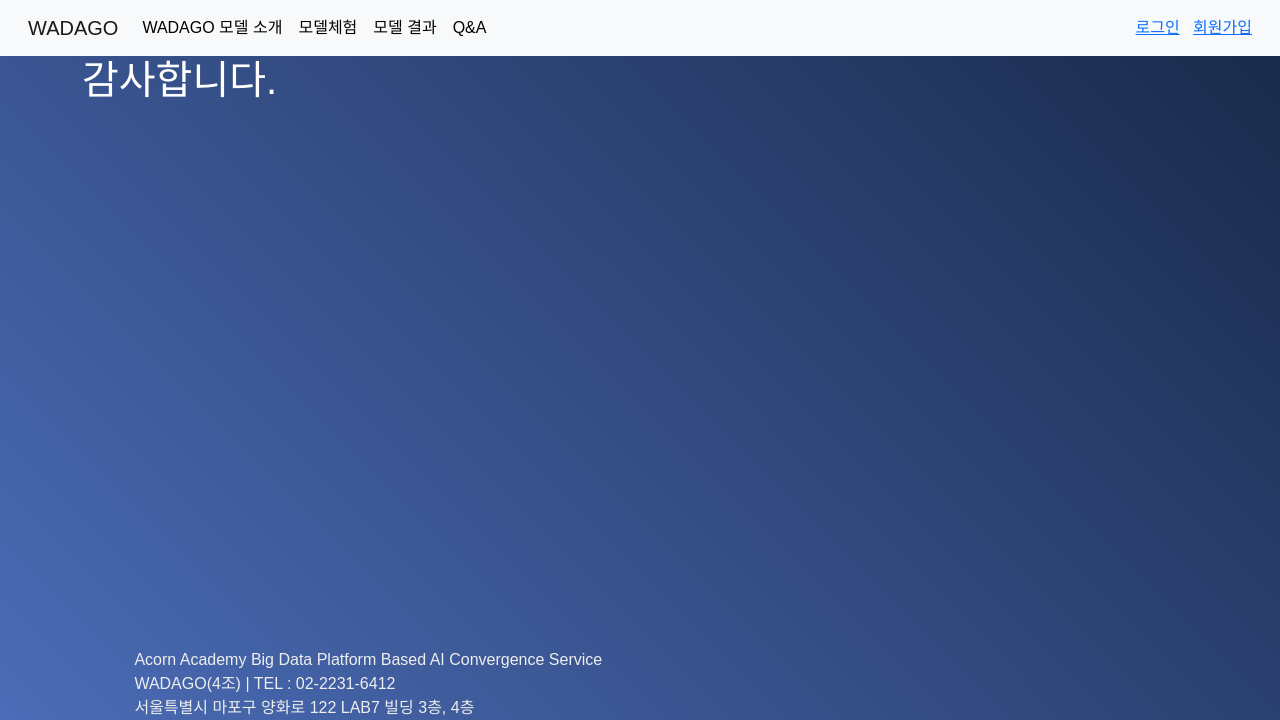
Repository: suchulchoi/Wadago_Project
Page: http://localhost/model/thanks
These files come from the project's save history. The page is drawn as it stood at one moment and after the next save; the edit follows.
The browser window is 1280 px wide. The pictures show the whole page.
Some web fonts or font styles are not loaded; a fallback is used. The page is this project's Thymeleaf template; nobody is signed in. The template is opened directly, without the code that normally fills it, so the values that code supplies are empty.

Above is the page before, as saved 2022-07-28 07:35:55.

### wadago_project/src/main/resources/templates/model/thanks.html
<html lnag="ko">
    <head>
        <meta charset="UTF-8">
        <title></title>

    </head>

    <body>
     <header th:insert="header_nav.html"></header>
	     <div class="container">
	     	<h1>감사합니다.</h1>
	     </div>
     </body>
 </html>

### wadago_project/src/main/resources/templates/header_nav.html
<html lang="ko" xmlns:th="http://www.thymeleaf.org">

	<head>
		<meta charset="UTF-8">
		<script src="https://cdn.jsdelivr.net/npm/bootstrap@5.1.3/dist/js/bootstrap.bundle.min.js"
			integrity="sha384-ka7Sk0Gln4gmtz2MlQnikT1wXgYsOg+OMhuP+IlRH9sENBO0LRn5q+8nbTov4+1p"
			crossorigin="anonymous"></script>
		<link rel="stylesheet" href="https://maxcdn.bootstrapcdn.com/bootstrap/4.0.0/css/bootstrap.min.css" />
		<link href="https://cdn.jsdelivr.net/npm/bootstrap@5.1.3/dist/css/bootstrap.min.css" rel="stylesheet"
			integrity="sha384-1BmE4kWBq78iYhFldvKuhfTAU6auU8tT94WrHftjDbrCEXSU1oBoqyl2QvZ6jIW3" crossorigin="anonymous">
		<link rel="stylesheet" href="/css/signup.css">
		<link rel="preconnect" href="https://fonts.googleapis.com">
		<link rel="preconnect" href="https://fonts.gstatic.com" crossorigin>
		<link href="https://fonts.googleapis.com/css2?family=Black+Han+Sans&family=Nanum+Gothic:wght@400;700;800&family=Nanum+Pen+Script&display=swap" rel="stylesheet">
	</head>
	<style>
	body{
		font-family: 'Black Han Sans', sans-serif;
		background:linear-gradient(45deg,#4b6cb7,#182848);
		color: white;
	}
	table{
		color:white;
	}
	#navItem{
			color:black;
		}
	#navItem:hover{
			text-shadow: 5px 5px 5px rgb(44, 44, 44);
			font-size:large;
		}
	footer{
			position : fixed;
			bottom : 0;
			background-color:transparent;
			width:100%;
			height:10%;
			font-size:medium;
		}
	</style>
	<body>
		<nav class="navbar navbar-expand-lg navbar-light bg-light">
			<div class="container-fluid">
				<a class="navbar-brand" href="/">WADAGO</a>
				<button class="navbar-toggler" type="button" data-bs-toggle="collapse"
				data-bs-target="#navbarSupportedContent" aria-controls="navbarSupportedContent" aria-expanded="false"
				aria-label="Toggle navigation">
				<span class="navbar-toggler-icon"></span>
			</button>
			<div class="collapse navbar-collapse" id="navbarSupportedContent">
				<ul class="navbar-nav me-auto mb-2 mb-lg-0">
					<li class="nav-item">
						<a class="nav-link active" aria-current="page" href="/model/introduce" id="navItem">WADAGO 모델 소개</a>
					</li>
					<li class="nav-item">
						<a class="nav-link" href="/model/try.do" id="navItem">모델체험</a>
					</li>
					<li class="nav-item">
						<a class="nav-link" href="/model/result/1" id="navItem">모델 결과</a>
					</li>
					<li class="nav-item">
						<a class="nav-link" href="/board/list/1" id="navItem">Q&A</a>
					</li>
					<li class="nav-item dropdown" th:if="${session.memVo} and ${session.memVo.grade == 0}" id="navItem">
						<a class="nav-link dropdown-toggle" href="#" role="button" data-bs-toggle="dropdown"
							aria-expanded="false">
							관리자 전용
						</a>
						<ul class="dropdown-menu" aria-labelledby="navbarDropdown">
							<li><a class="dropdown-item" href="/mem/memberManagement/1">멤버 관리</a></li>
							<li><a class="dropdown-item" href="/mem/img/1">입력 사진 관리</a></li>
						</ul>
					</li>
				</ul>
				<footer th:insert="footer.html"></footer>
				<div th:if="${session.memVo}">
					<!--<span th:if="${session.memVo}!=null" th:text="${session.memVo.id}"></span>-->
					<span th:text="${session.memVo}?${session.memVo.id}:''"></span>
					(<span th:text="${session.memVo?.name}"></span>)
					님 로그인
					&nbsp;/&nbsp;
					<a href="/mem/logout">
						로그아웃
					</a>

				</div>
				<div class="d-flex" th:if="!${session.memVo}">
					<a href="/mem/login">
						로그인
					</a>&nbsp;/&nbsp;
					<a href="/mem/signup">
						회원가입
					</a>
				</div>
			</div>
		</div>
	</nav>
</body>

</html>

### wadago_project/src/main/resources/templates/footer.html
<html lang="ko" xmlns:th="http://www.thymeleaf.org">
	<head>
	<meta charset="UTF-8">

	</head>
	<style>

	</style>
    <footer style="color: #eeeeee;">
	    	Acorn Academy Big Data Platform Based AI Convergence Service
	    	<br>
	    	WADAGO(4조) | TEL : 02-2231-6412
	    	<br>
	    	서울특별시 마포구 양화로 122 LAB7 빌딩 3층, 4층
	    	<br>
   			COPYRIGHT(C) HBILAB. ALL RIGHTS RESERVED.
	</footer>
</html>

Loaded but not shown: wadago_project/src/main/resources/static/css/signup.css (no copy from this time; the picture is the same without it)

After the next save:
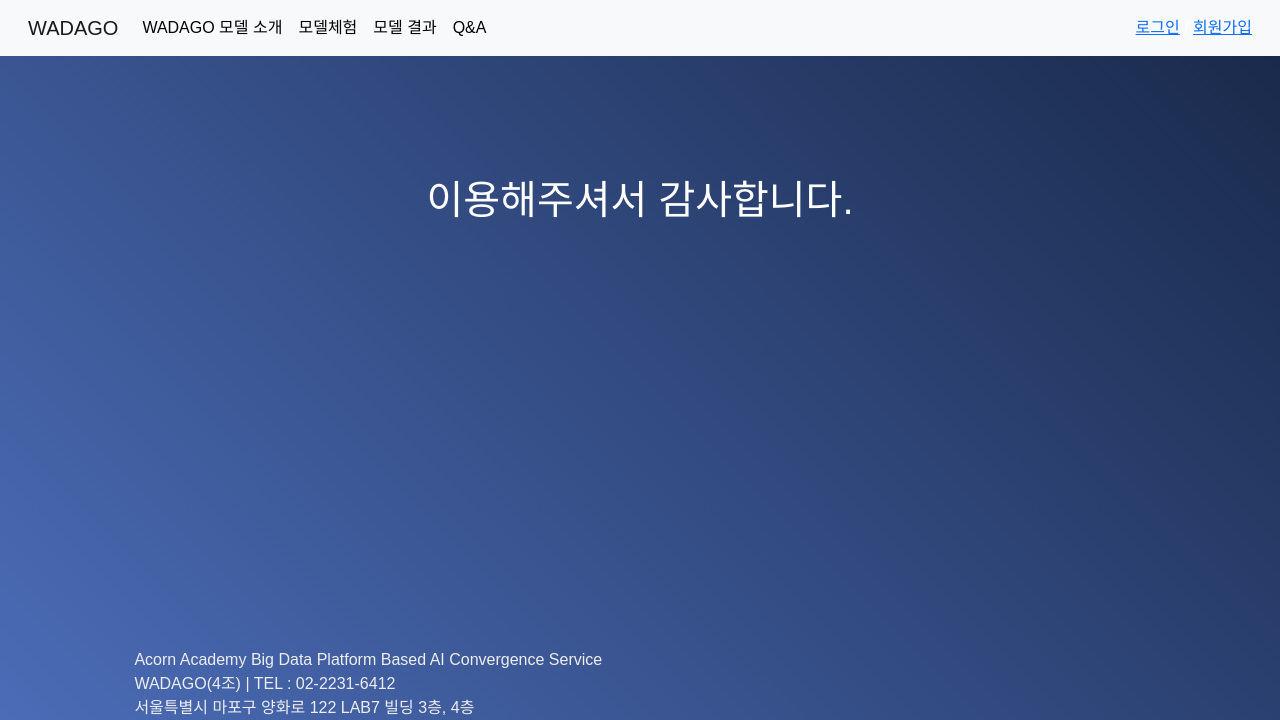
Saved 64 s later.
--- a/wadago_project/src/main/resources/templates/model/thanks.html
+++ b/wadago_project/src/main/resources/templates/model/thanks.html
@@ -8,7 +8,8 @@
     <body>
      <header th:insert="header_nav.html"></header>
 	     <div class="container">
-	     	<h1>감사합니다.</h1>
+	     	<br><br><br><br><br>
+	     	<center><h1>이용해주셔서 감사합니다.</h1></center>
 	     </div>
      </body>
  </html>
